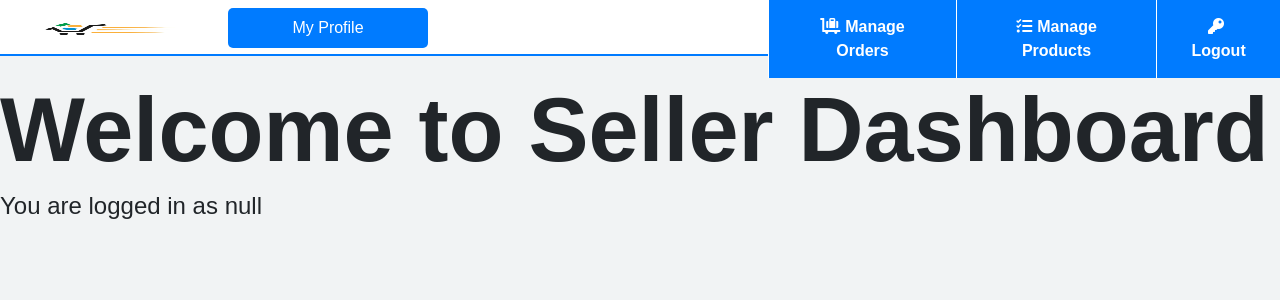
Repository: sahanjayawardena9619/PAF_Project
Page: http://localhost/paf_project/WEB-INF/views/sellerDashboard.jsp
These files come from the project's save history. The page is drawn as it stood at one moment and after the next save; the edit follows.
The browser window is 1280 px wide. The pictures show the whole page.
Some web libraries are served in a nearby version. The page is served by Tomcat 9. Nobody is signed in. Other server files are loaded and not shown. The template is opened directly, without the code that normally fills it, so the values that code supplies are empty.

Above is the page before, as saved 2019-05-15 18:07:59.

### Main Project (Final)/PAF/paf_project/src/main/webapp/WEB-INF/views/sellerDashboard.jsp
<%@ page language="java" contentType="text/html; charset=ISO-8859-1"
	pageEncoding="ISO-8859-1"%>
<%@ include file="/WEB-INF/views/includes.jsp"%>
<!DOCTYPE html PUBLIC "-//W3C//DTD HTML 4.01 Transitional//EN" "http://www.w3.org/TR/html4/loose.dtd">
<html>
<head>
<meta http-equiv="Content-Type" content="text/html; charset=ISO-8859-1">

<link rel="stylesheet" type="text/css"
	href="<c:url value="/resources/css/bootstrap.css"/>">
<link rel="stylesheet"
	href="https://use.fontawesome.com/releases/v5.8.1/css/all.css"
	integrity="sha384-50oBUHEmvpQ+1lW4y57PTFmhCaXp0ML5d60M1M7uH2+nqUivzIebhndOJK28anvf"
	crossorigin="anonymous">
<link rel="stylesheet" type="text/css"
	href="<c:url value="/resources/css/custom.css"/>">
<script type="text/javascript"
	href="<c:url value="/resources/js/bootstrap.min.js"/>"></script>



<title>Home Page</title>
</head>
<body>
	<div class="top-nav-bar">
		<div class="search-box">
			<a href="/paf_project/"><img
				src="<c:url value="/resources/images/cart.jpg"/>" class="logo"></a>
			<a href="/paf_project/editSeller"><input type="button"
				value="My Profile"
				style="width: 200px; height: 40px; margin: 8px; border-radius: 5px; background-color: #007bff; border: none; color: white" /></a>
		</div>

		<div class="menu-bar">
			<ul>
				<li><a href="/paf_project/viewAllPurchase"><i
						class="fas fa-luggage-cart" style="margin-right: 5px;"></i>Manage
						Orders</a></li>
				<li><a href="/paf_project/viewAllCartItems"><i
						class="fas fa-tasks" style="margin-right: 5px;"></i>Manage
						Products </a></li>
				<li><a href="/paf_project/userLogout"><i class="fas fa-key"
						style="margin-right: 5px;"></i>Logout</a></li>
			</ul>
		</div>
	</div>

	<div>
		<h1 style="font-size:90px;"><b>Welcome to Seller Dashboard</b></h1>
		<h4>You are logged in as <font-color="green"><%=session.getAttribute("emailSeller") %></font></h4>
	</div>

</body>
</html>

### Main Project (Final)/PAF/paf_project/src/main/webapp/WEB-INF/views/includes.jsp
<%@ page language="java" contentType="text/html; charset=ISO-8859-1" pageEncoding="ISO-8859-1"%>
<%@taglib uri="http://www.springframework.org/tags" prefix="spring"%>
<%@taglib uri="http://www.springframework.org/tags/form" prefix="form"%>
<%@taglib uri="http://java.sun.com/jsp/jstl/core" prefix="c"%>

<!-- This contains the most used tag libraries -->

### Main Project (Final)/PAF/paf_project/src/main/webapp/resources/css/custom.css
*
{
	margin: 0;
	padding: 0;
}

body{
	background-color: #f1f3f4;
	font-family: sans-serif;
}

.top-nav-bar{
	height:56px;
	top : 0;
	position: sticky;
	background: #fff;
	margin-bottom: 20px;
	border-bottom: 2px solid #007bff;
	z-index: 2;
}

.logo{
	height:48px;
	width: 200px;
	margin: 5px 10px;
}

.form-control{
	margin-top: 9px !important;
	margin-left: 30px !important;
	border: 1px solid #007bff !important;
	border-top-left-radius: 20px !important;
	border-bottom-left-radius: 20px !important;
	border-top-right-radius: 0 !important;
	border-bottom-right-radius: 0 !important;
	box-shadow: none !important;
}

.search-box{
	display: inline-flex;
	width:60%;
}

.input-group-text {
	background-color: #007bff;
	border: 1px solid #007bff;
	margin: 8.5px 10px 3px 0;
	height: 38px;
	color:white;
	border-top-left-radius: 0px !important;
	border-bottom-left-radius: 0px !important;
	border-top-right-radius: 20px !important;
	border-bottom-right-radius: 20px !important;
	cursor: pointer;
}



.menu-bar{
	width: 40%;
	height: 57px;
	float: right;
}

.menu-bar ul{
	display: inline-flex;
	float: right;
}

.menu-bar ul li{
	border-left: 1px solid #fff;
	list-style-type: none;
	padding: 15px 25px;
	text-align: center;
	background-color: #007bff;
	cursor: pointer;
}

.menu-bar ul li a{
	font-size: 16px;
	font-weight: bold;
	color: #fff;
	text-decoration: none;
}

@media only screen and (max-width: 980px){
	.top-nav-bar{
		height: 118px;
		border-bottom: 0;
	}

	.search-box{
		width: 100%;
	}

	.menu-bar{
		width: 100%;
	}

	.menu-bar ul{
		margin: 10px 0;
		width: 100%;
	}

	.menu-bar ul li{
		height: 57px;
	}
}

.nopadding {
   padding: 0 !important;
   margin: 0 !important;
}

.col-sm-3{
	margin-bottom: 5%;
}

Loaded but not shown: Main Project (Final)/PAF/paf_project/src/main/webapp/resources/css/bootstrap.css (library)

After the next save:
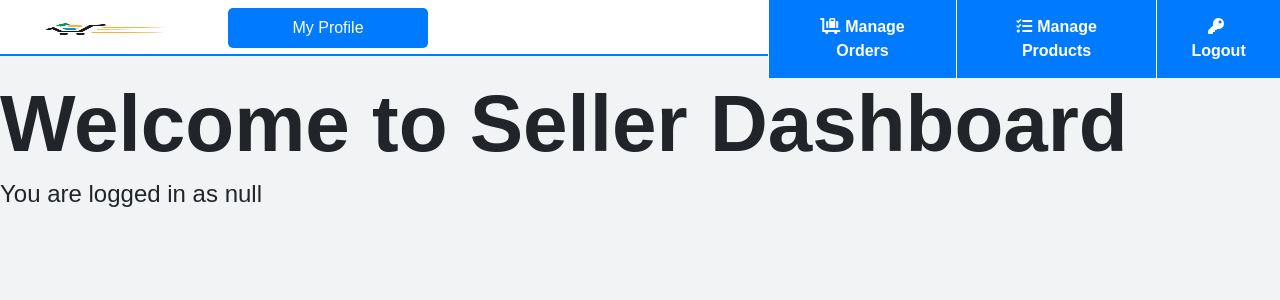
Saved 10 s later.
--- a/Main Project (Final)/PAF/paf_project/src/main/webapp/WEB-INF/views/sellerDashboard.jsp
+++ b/Main Project (Final)/PAF/paf_project/src/main/webapp/WEB-INF/views/sellerDashboard.jsp
@@ -46,7 +46,7 @@
 	</div>
 
 	<div>
-		<h1 style="font-size:90px;"><b>Welcome to Seller Dashboard</b></h1>
+		<h1 style="font-size:80px;"><b>Welcome to Seller Dashboard</b></h1>
 		<h4>You are logged in as <font-color="green"><%=session.getAttribute("emailSeller") %></font></h4>
 	</div>
 
